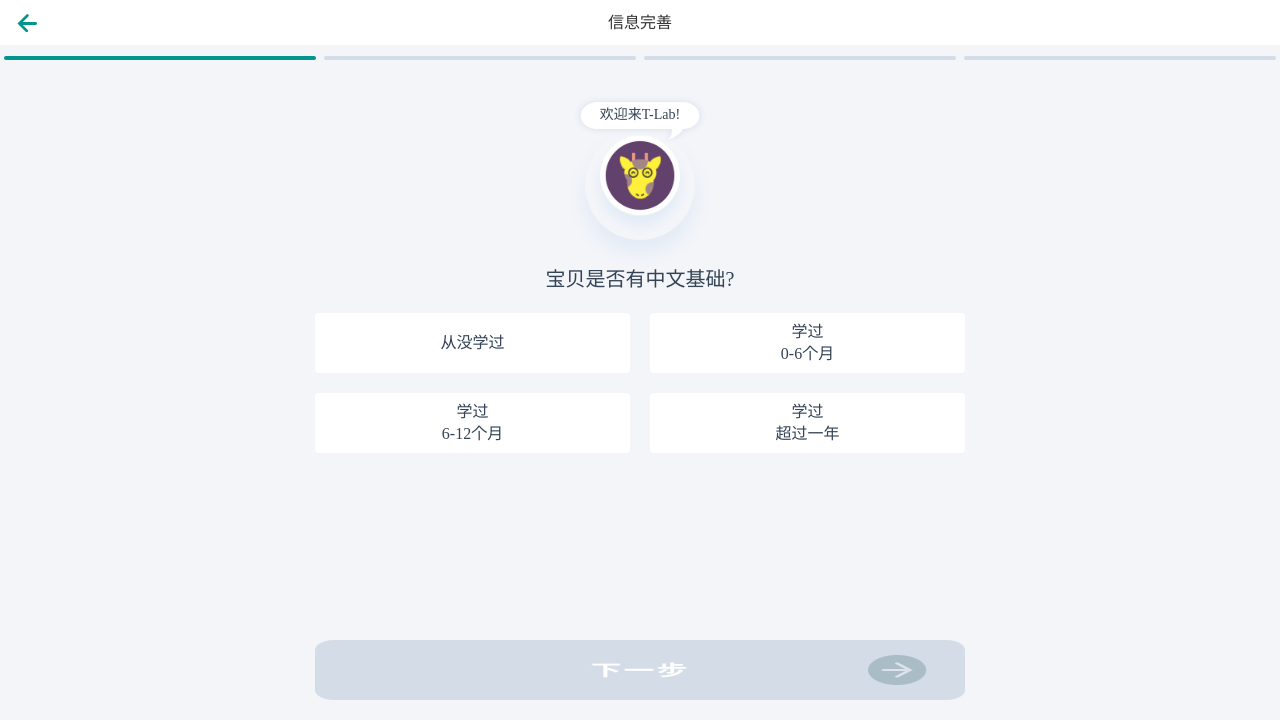
Repository: huangjf1/1
Page: /
An editor plug-in stored every save of this project. The page is shown before and after the next save, followed by the edit.
The browser window is 1280 px wide. The pictures show the whole page.
The project was rebuilt for these pictures with package versions that can differ from the ones it lists, and the page was loaded fresh each time. Also part of the build but not shown: vue.config.js.

Above is the page before, as saved 2021-08-24 12:28:37.

### src/main.js
import { createApp } from 'vue'
import { NavBar, Swipe, SwipeItem, Picker, Field, Popup } from 'vant';
import App from './App.vue'
import router from './router'
import less from 'less'
import "lib-flexible/flexible.js"
import 'vant/lib/index.css';
const app = createApp(App)
app.use(router)
app.use(less)
app.use(NavBar)
app.use(Swipe)
app.use(Picker)
app.use(Field)
app.use(SwipeItem)
app.use(Popup)
app.mount('#app')

### src/App.vue
<template>
  <div id="app">
    <router-view></router-view>
  </div>
</template>

<script>
export default {
  name: 'App',
}
</script>
<style>
*{
  margin: 0;
  padding: 0;
  font-family: Montserrat,PingFang,Microsoft YaHei;
}
#app {
  width: 100%;
  height: 100%;
  position: absolute;
  left: 0;
  right: 0;
  top: 0;
  bottom: 0;
}
</style>

### src/router/index.js
import { createRouter, createWebHashHistory } from 'vue-router'
const router = createRouter({
  history: createWebHashHistory(),
  routes: [
    {
      path: '/',
      name: '/',
      redirect: '/index'
    },
    {
    path: '/index',
    name: 'index',
    component: () => import('@/views/index.vue'),
    meta: {
      index: 1
    }
  },]
})
export default router

### src/views/index.vue

<template>
  <div class="content">
    <van-nav-bar title="信息完善" left-arrow @click-left="onClickLeft">
      <template #left>
        <img class="backIcon" src="@/assets/image/back.png" alt="">
      </template>
    </van-nav-bar>
    <div class="tabs">
      <div :class="initIndex>=0?'currentTab':''"></div>
      <div :class="initIndex>=1?'currentTab':''"></div>
      <div :class="initIndex>=2?'currentTab':''"></div>
      <div :class="initIndex>=3?'currentTab':''"></div>
      <!-- <div :class="initIndex==4?'currentTab':''"></div> -->
    </div>
    <div class="my-swipe">
      <van-swipe ref="swipe"  indicator-color="transparent" :touchable="false">
        <!-- 是否有中文基础 -->
        <van-swipe-item class="pageFour">
          <div class="select-chines">
            <div class="message-info">欢迎来T-Lab!</div>
            <img class="avatar" src="@/assets/image/avatar.png">
            <p>宝贝是否有中文基础?</p>
            <div class="select-list-box">
              <div @click="selectChines!=0?selectChines=0:selectChines=null" class="select-list" :class="selectChines==0?'current-select-list':''">
                从没学过
              </div>
              <div @click="selectChines!=1?selectChines=1:selectChines=null" class="select-list" :class="selectChines==1?'current-select-list':''">
                <p>学过</p>
                <p>0-6个月</p>
              </div>
              <div @click="selectChines!=2?selectChines=2:selectChines=null" class="select-list" :class="selectChines==2?'current-select-list':''">
                <p>学过</p>
                <p>6-12个月</p>
              </div>
              <div @click="selectChines!=3?selectChines=3:selectChines=null" class="select-list" :class="selectChines==3?'current-select-list':''">
                <p>学过</p>
                <p>超过一年</p>
              </div>
            </div>
          </div>
          <div class="btn" @click="next(1)" v-show="selectChines!=null"></div>
          <div class="btn-gray" v-show="selectChines==null"></div>
        </van-swipe-item>
        <!-- 学习中文的侧重点 -->
        <van-swipe-item class="pageFour">
          <div class="select-chines">
            <img class="avatar" src="@/assets/image/avatar.png">
            <p>宝贝学习中文的侧重点? (可多选)</p>
            <div class="select-list-box">
              <div class="select-list" @click="selectList(item, index)" :class="item.check==true?'current-select-list':''" v-for="(item, index) in list" :key="index">
                {{item.text}}
              </div>
            </div>
          </div>
          <div class="btn" @click="next(2)" v-show="list.some(item => item.check === true)"></div>
          <div class="btn-gray" v-show="!list.some(item => item.check === true)"></div>
        </van-swipe-item>
        <!-- 选择出生年月 -->
        <van-swipe-item class="pageThree">
          <div class="select-age">
            <img class="avatar" src="@/assets/image/avatar.png">
            <p>宝贝哪年出生?</p>
            <van-field
              v-model="result"
              is-link
              readonly
              placeholder="请选择"
              @click="showPicker = true"
              arrow-direction='down'
              input-align='center'
              :border='false'
            />
            <div class="age-desc">我们会根据孩子不同的年龄推荐相应的体验课程</div>

          </div>
          <div class="btn" @click="next(3)" v-show="result"></div>
          <div class="btn-gray" v-show="!result"></div>
        </van-swipe-item>
        <!-- 输入昵称 -->
        <van-swipe-item class="pageOne">
          <div class="pageOneDesc">
            <img class="avatar" src="@/assets/image/avatar.png">
            <div class="nameDesc">点击输入宝贝昵称</div>
            <input @input="changeText" v-model="name" type="text" placeholder="请输入">
            <div class="message" :class="firstShow?'messageColor':''">最多14个英文字符或7个汉字</div>
          </div>
          <div class="btn btn-success" v-show="!firstShow"></div>
          <div class="btn-gray" v-show="firstShow"></div>
        </van-swipe-item>
        <!-- 选择性别 -->
        <!-- <van-swipe-item class="pageTwo">
          <div class="selectSex">
            <div class="man" @click="selectSex!=1?selectSex=1:selectSex=''">
              <img class="manImg" src="@/assets/image/man.png">
              <img class="checkImg" v-show="selectSex==1" src="@/assets/image/checked.png">
            </div>
            <div class="andText">或</div>
            <div class="woman" @click="selectSex!=2?selectSex=2:selectSex=''">
              <img class="womanImg" src="@/assets/image/woman.png">
              <img class="checkImg" v-show="selectSex==2" src="@/assets/image/checked.png">
            </div>
          </div>
          <div class="btn" @click="next(2)" v-show="selectSex!=''"></div>
          <div class="btn-gray" v-show="selectSex==''"></div>
        </van-swipe-item> -->
      </van-swipe>
    </div>
    <van-popup v-model:show="showPicker" round position="bottom">
      <van-picker
        show-toolbar
        :columns="columns"
        @cancel="showPicker = false"
        @confirm="onConfirm"
        confirm-button-text="确定"
        confirm-color='red'
      />
    </van-popup>
  </div>
</template>
<script>
import { ref, onMounted } from 'vue'
export default {
  components: {

  },
  setup () {
    let initIndex = ref(0)
    let name = ref('')
    let selectChines = ref(null)
    let swipe = ref('')
    let firstShow = ref(true)
    let selectSex = ref('')
    let date = new Date()
    let year = date.getFullYear()
    console.log(year)
    const columns = []
    for (var i = 2000;i<=year;i++){
      columns.unshift({
        text: i
      })
    }
    // 侧重点列表
    const list = ref([
      { text: '拼音', check: false },
      { text: '听力', check: false },
      { text: '阅读', check: false },
      { text: '口语', check: false}
    ])
    const result = ref('');
    const showPicker = ref(false);
    const onConfirm = (value) => {
      result.value = value.text;
      showPicker.value = false;
    };
    // 返回
    const onClickLeft = () => {
      if (initIndex.value>0){
        swipe.value.prev()
        initIndex.value -= 1
      }
    }
    const selectList = (item) => {
      item.check = !item.check
    }
    const changeText = () => {
      /*eslint-disable*/
      let len = name.value.replace(/[^\x00-\xFF]/g,'**').length
      if (len<=14 && len>0) {
        firstShow.value = false
      } else {
        firstShow.value = true
      }
    }
    const next = (index) => {
      if (initIndex.value<4){
        swipe.value.next()
        initIndex.value = index
      }
    }
    onMounted (()=>{

    })
    return {
      initIndex,
      swipe,
      firstShow,
      columns,
      result,
      showPicker,
      list,
      selectChines,
      name,
      changeText,
      selectSex,
      onClickLeft,
      onConfirm,
      selectList,
      next
    }
  }
}
</script>
<style scoped lang="less">
 .content {
   width: 100%;
   height: 100%;
   margin: 0 auto;
   display: flex;
   overflow-y: auto;
   flex-direction: column;
   background: #f3f5f9;
   .backIcon {
     width: 24px;
     height: 24px;
   }
   .my-swipe {
      flex: 1;
      .van-swipe {
       height: 100%;
      }
      .van-swipe-item {
       color: #fff;
       font-size: 20px;
       text-align: center;
      }
      /deep/.van-swipe__indicators {
        display: none;
      }
      .pageOne {
        position: relative;
        display: flex;
        flex-direction: column;
        .pageOneDesc{
          flex: 1;
        }

        .nameDesc {
          text-align: center;
          color: #344356;
          font-size: 16px;
          font-weight: 600;
          font-family: PingFang HK;
          margin-top: 25px;
        }
        input {
          width: 335px;
          height: 16px;
          line-height: 16px;
          background: #FFFFFF;
          padding: 17px 0;
          border-radius: 10px;
          border: none;
          outline: none;
          font-size: 16px;
          text-align: center;
          margin-top: 19px;
          color: #344356;
        }
        .message {
          color: #344356;
          font-size: 14px;
          margin-top: 10px;
          &.messageColor {
            color: #FF7044;
          }
        }

      }
      .pageTwo {
        position: relative;
        display: flex;
        flex-direction: column;
        .selectSex {
          width: 140px;
          height: 340px;
          margin: 100px auto 0;
          flex: 1;
          .man,.woman {
            width: 140px;
            height: 140px;
            background: #FFFFFF;
            position: relative;
            cursor: pointer;
            .manImg{
              width: 56px;
              height: 59px;
              position: absolute;
              left: 0;
              top: 0;
              bottom: 0;
              right: 0;
              margin: auto;
            }
            .womanImg {
              width: 62px;
              height: 58px;
              position: absolute;
              left: 0;
              top: 0;
              bottom: 0;
              right: 0;
              margin: auto;
            }
            .checkImg {
              width: 22px;
              height: 22px;
              position: absolute;
              right: 5px;
              top: 5px;
            }
          }
          .andText {
            height: 60px;
            line-height: 60px;
            color: #344356;
            text-align: center;
            font-size: 16px;
          }
        }
      }
      .pageThree {
        display: flex;
        flex-direction: column;
        .select-age {
          width: 335px;
          flex: 1;
          margin: 0 auto;
          >p{
            color: #344356;
            font-size: 20px;
            margin-top: 20px;
            font-family: PingFang HK;
            font-style: normal;
            font-weight: 500;
            margin-bottom: 25px;
          }
          .age-desc {
            color: #5a6776;
            font-family: PingFang HK;
            font-style: normal;
            font-weight: normal;
            font-size: 14px;
            line-height: 20px;
            margin-top: 20px;
          }
          .van-field {
            border-radius: 5px;
          }
          /deep/ .van-popup--bottom {
            width: 375px;
            left: 0;
            right: 0;
            margin: auto;
            bottom: 0;
          }
          /deep/ .van-picker__toolbar {
            color: gray;
          }
          /deep/ .van-picker__confirm {
            color: #344356
          }
        }
      }
      .pageFour {
        margin: 0 auto;
        display: flex;
        flex-direction: column;
        .select-chines {
          flex: 1;
          width: 100%;
          min-width: 375px;
          max-width: 670px;
          margin: 0 auto;
          position: relative;
          .message-info {
            width: 136px;
            height: 52px;
            position: absolute;
            background: url('~@/assets/image/Union.png') no-repeat;
            background-size: 100% 100%;
            left: 0;
            right: 0;
            margin: auto;
            top: 35px;
            font-family: PingFang HK;
            font-style: normal;
            font-weight: 500;
            font-size: 14px;
            line-height: 40px;
            color: #344356;
          }
          >p {
            font-family: PingFang HK;
            font-style: normal;
            font-weight: 500;
            font-size: 20px;
            line-height: 28px;
            color: #344356;
            margin-top: 20px;
          }
          .select-list-box {
            display: flex;
            flex-wrap: wrap;
            justify-content: space-around;
          }
          .select-list {
            width: calc(50% - 20px);
            height: 60px;
            display: flex;
            margin:0 5px;
            flex-direction: column;
            align-items: center;
            background: white;
            font-family: PingFang HK;
            font-style: normal;
            font-weight: 500;
            font-size: 16px;
            line-height: 22px;
            display: flex;
            justify-content: center;
            text-align: center;
            color: #344356;
            border-radius: 4px;
            margin-top: 20px;
            &.current-select-list {
              background: #088384;
              color: white;
            }
          }
        }
      }
      .avatar {
        width: 110px;
        height: 110px;
        border-radius: 50%;
        box-shadow: 0px 12px 19px rgba(60, 128, 209, 0.0851449);
        margin-top: 70px;
      }
      .btn {
        width: 100%;
        min-width: 375px;
        max-width: 670px;
        height: 60px;
        background: url('../assets/image/button.png') no-repeat;
        background-size: 100% 100%;
        cursor: pointer;
        margin: 20px auto 20px;
      }
      .btn-success {
        background: url('../assets/image/success.png') no-repeat;
        background-size: 100% 100%;
      }
      .btn-gray {
        width: 100%;
        min-width: 375px;
        max-width: 650px;
        height: 60px;
        background: url('../assets/image/button_gray.png') no-repeat;
        background-size: 100% 100%;
        cursor: pointer;
        margin: 20px auto 20px;
      }
   }
   .tabs {
     width: 100%;
     height: 4px;
     display: flex;
     justify-content: space-around;
     margin: 10px auto 0;
     div{
       height: 4px;
       flex: 1;
       background: #D4DCE7;
       border-radius: 26px;
       margin: 0 4px;
     }
     .currentTab {
       background: #00968E;
     }
   }
 }

</style>

Loaded but not shown: public/index.html (common file)

After the next save:
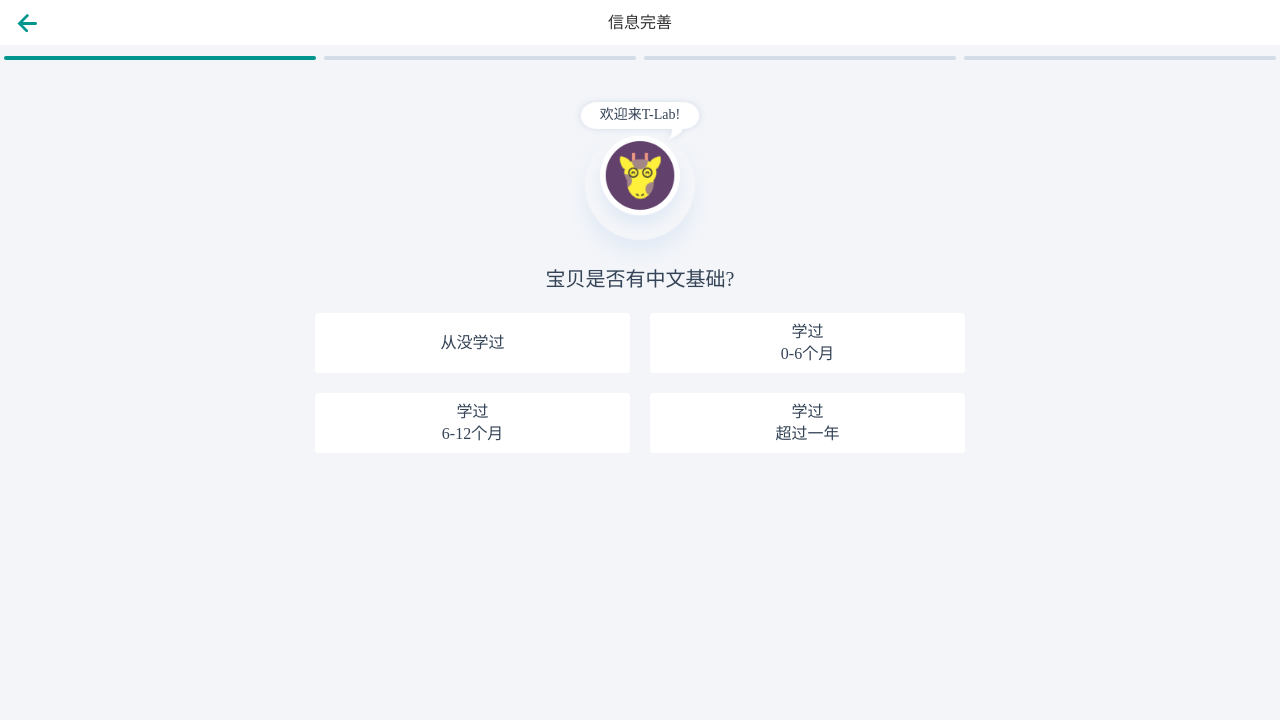
Saved 15 s later.
--- a/src/views/index.vue
+++ b/src/views/index.vue
@@ -456,7 +456,7 @@
         min-width: 375px;
         max-width: 650px;
         height: 60px;
-        background: url('../assets/image/button_gray.png') no-repeat;
+        // background: url('../assets/image/button_gray.png') no-repeat;
         background-size: 100% 100%;
         cursor: pointer;
         margin: 20px auto 20px;

After the save that followed:
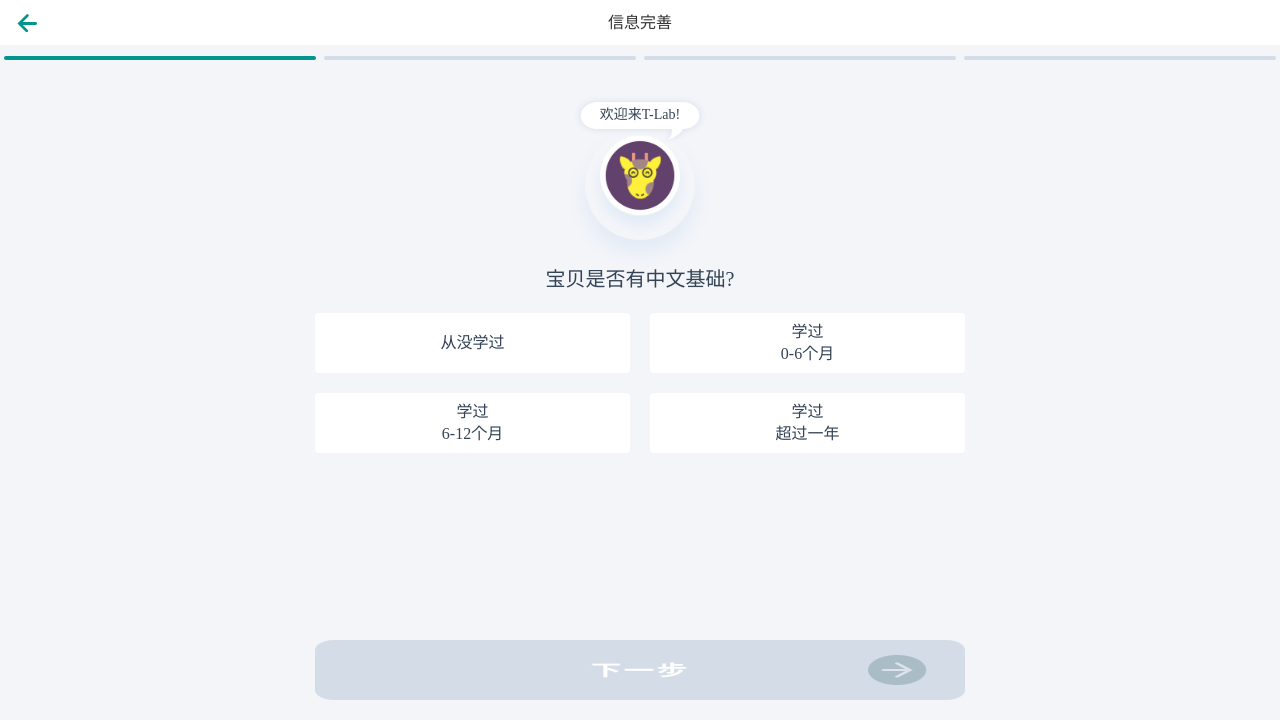
Saved 13 s later.
--- a/src/views/index.vue
+++ b/src/views/index.vue
@@ -456,9 +456,10 @@
         min-width: 375px;
         max-width: 650px;
         height: 60px;
-        // background: url('../assets/image/button_gray.png') no-repeat;
+        background: url('../assets/image/button_gray.png') no-repeat;
         background-size: 100% 100%;
         cursor: pointer;
+
         margin: 20px auto 20px;
       }
    }
